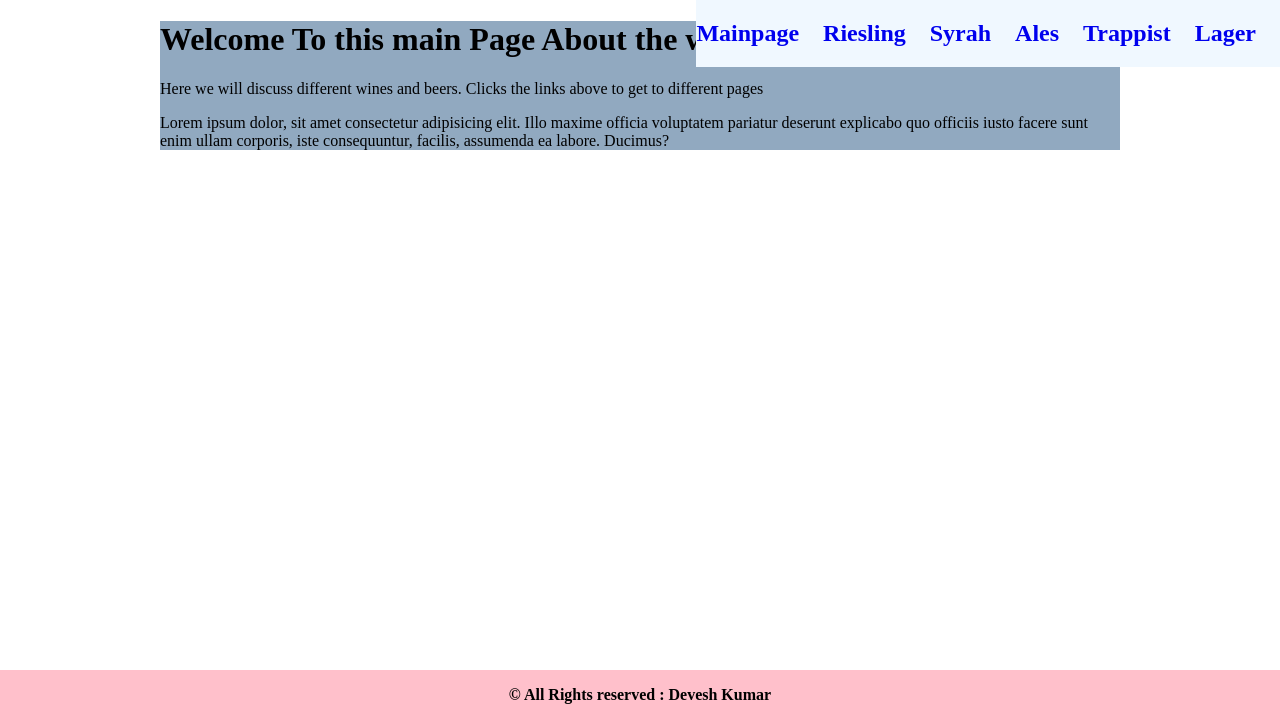
Repository: portretrieve/react-practice
Page: /
An editor plug-in stored every save of this project. The page is shown before and after the next save, followed by the edit.
The browser window is 1280 px wide. The pictures show the whole page.
The project was rebuilt for these pictures with package versions that can differ from the ones it lists, and the page was loaded fresh each time. Also part of the build but not shown: src/wines/Riesling.js, src/wines/Syrah.js, src/beers/Ale.js, src/beers/Lager.js, src/beers/Trappist.js.

Above is the page before, as saved 2021-08-26 19:53:17.

### src/index.css
html {
    box-sizing: border-box;
    margin: 0;
    padding: 0;
}

### src/App.js
import { BrowserRouter, Route, Redirect, Switch } from "react-router-dom";

import Riesling from "./wines/Riesling";
import Syrah from "./wines/Syrah";
import Ale from "./beers/Ale";
import Lager from "./beers/Lager";
import Trappist from "./beers/Trappist";

import Header from "./navigation/Header";
import Footer from "./navigation/Footer";
import MainPage from "./MainPage";
import CenterContent from "./Util/CenterContent";

function App() {
  return (
    <BrowserRouter>
      <Header />
      <Switch>
        <Route path="/" exact>
          <CenterContent>
            <MainPage />
          </CenterContent>
        </Route>
        <Route path="/wines" exact>
          <Riesling />
        </Route>
        <Route path="/wines/syrah" exact>
          <Syrah />
        </Route>
        <Route path="/beers/ale" exact>
          <Ale />
        </Route>
        <Route path="/beers/trappist" exact>
          <Trappist />
        </Route>
        <Route path="/beers/lager" exact>
          <Lager />
        </Route>
        <Redirect to="/" />
      </Switch>
      <Footer />
    </BrowserRouter>
  );
}

export default App;

### src/navigation/Header.js
import React from "react";
import classes from "./header.module.css";
import { Link } from "react-router-dom";

function Header() {
  return (
    <header className={classes.header}>
      <nav>
        <h2>
          <a href="/">Mainpage</a>
        </h2>
        <h2>
          <a href="/wines">Riesling</a>
        </h2>
        <h2>
          <a href="/wines/syrah">Syrah</a>
        </h2>
        <h2>
          <a href="/beers/ale">Ales</a>
        </h2>
        <h2>
          <a href="/beers/trappist">Trappist</a>
        </h2>
        <h2>
          <a href="/beers/lager">Lager</a>
        </h2>
      </nav>
    </header>
  );
}

export default Header;

### src/navigation/Footer.js
import React from "react";
import classes from "./footer.module.css";

function Footer() {
  return (
    <footer className={classes.center}>
      <p>&copy; All Rights reserved : Devesh Kumar</p>
    </footer>
  );
}

export default Footer;

### src/MainPage.js
import React from "react";

function MainPage() {
  return (
    <div>
      <h1>Welcome To this main Page About the wines and Beers</h1>
      <p>
        Here we will discuss different wines and beers. Clicks the links above
        to get to different pages
      </p>
      <p>
        Lorem ipsum dolor, sit amet consectetur adipisicing elit. Illo maxime
        officia voluptatem pariatur deserunt explicabo quo officiis iusto facere
        sunt enim ullam corporis, iste consequuntur, facilis, assumenda ea
        labore. Ducimus?
      </p>
    </div>
  );
}

export default MainPage;

### src/Util/CenterContent.js
import React from "react";
import classes from "./centerContent.module.css";

function CenterContent(props) {
  return <div className={classes.container}>{props.children}</div>;
}

export default CenterContent;

### src/navigation/header.module.css
.header {
    text-align: center;
    background-color: aliceblue;
    position: fixed;
    top: 0;
    right: 0;
}

h2 {
    display: inline-block;
    margin-right: 1em;
}

a {
    text-decoration: none;
}

### src/navigation/footer.module.css
.center {
    text-align: center;
    background-color: pink;
    font-weight: 700;
    position: fixed;
    bottom: 0;
    left: 0;
    right: 0;
    margin: 0;
    padding: 0;
}

### src/Util/centerContent.module.css
.container {
    max-width: 960px;
    width: 80%;
    margin: 0 auto;
    background-color: rgb(145, 169, 192);
}

Loaded but not shown: public/index.html (common file); src/index.js (common file)

After the next save:
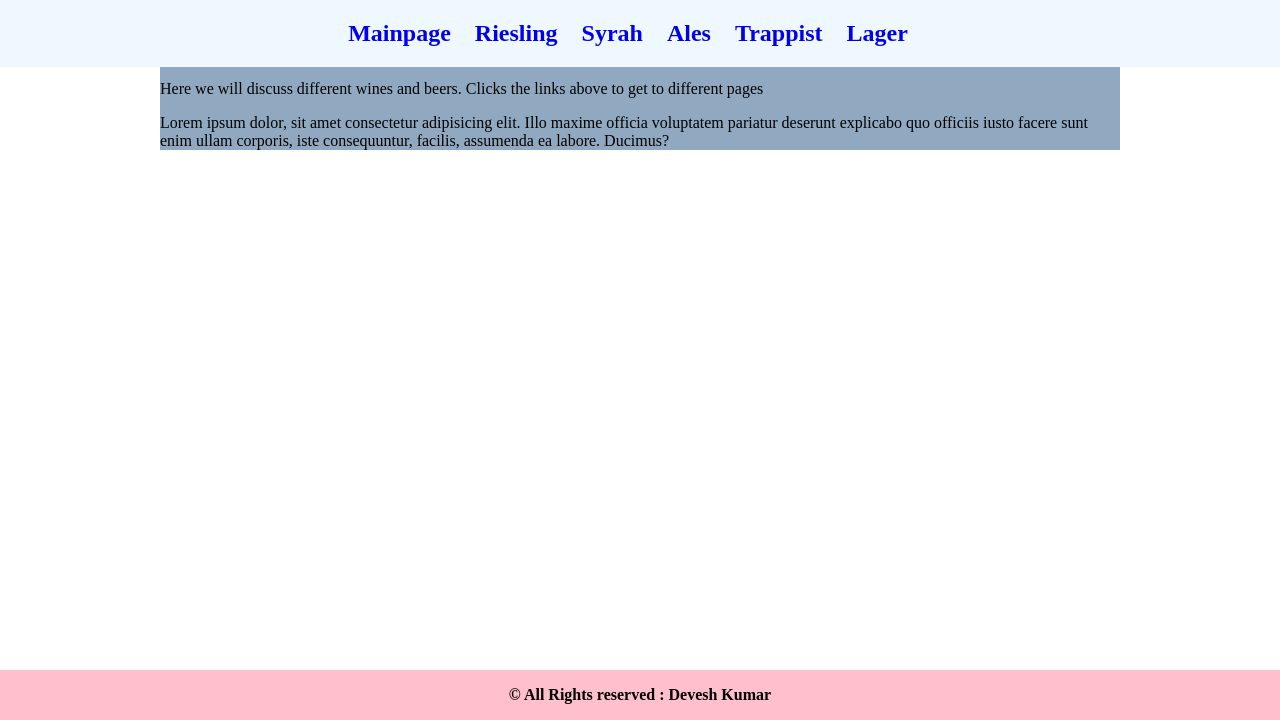
Saved 8 s later.
--- a/src/navigation/header.module.css
+++ b/src/navigation/header.module.css
@@ -4,6 +4,7 @@
     position: fixed;
     top: 0;
     right: 0;
+    left: 0;
 }
 
 h2 {
